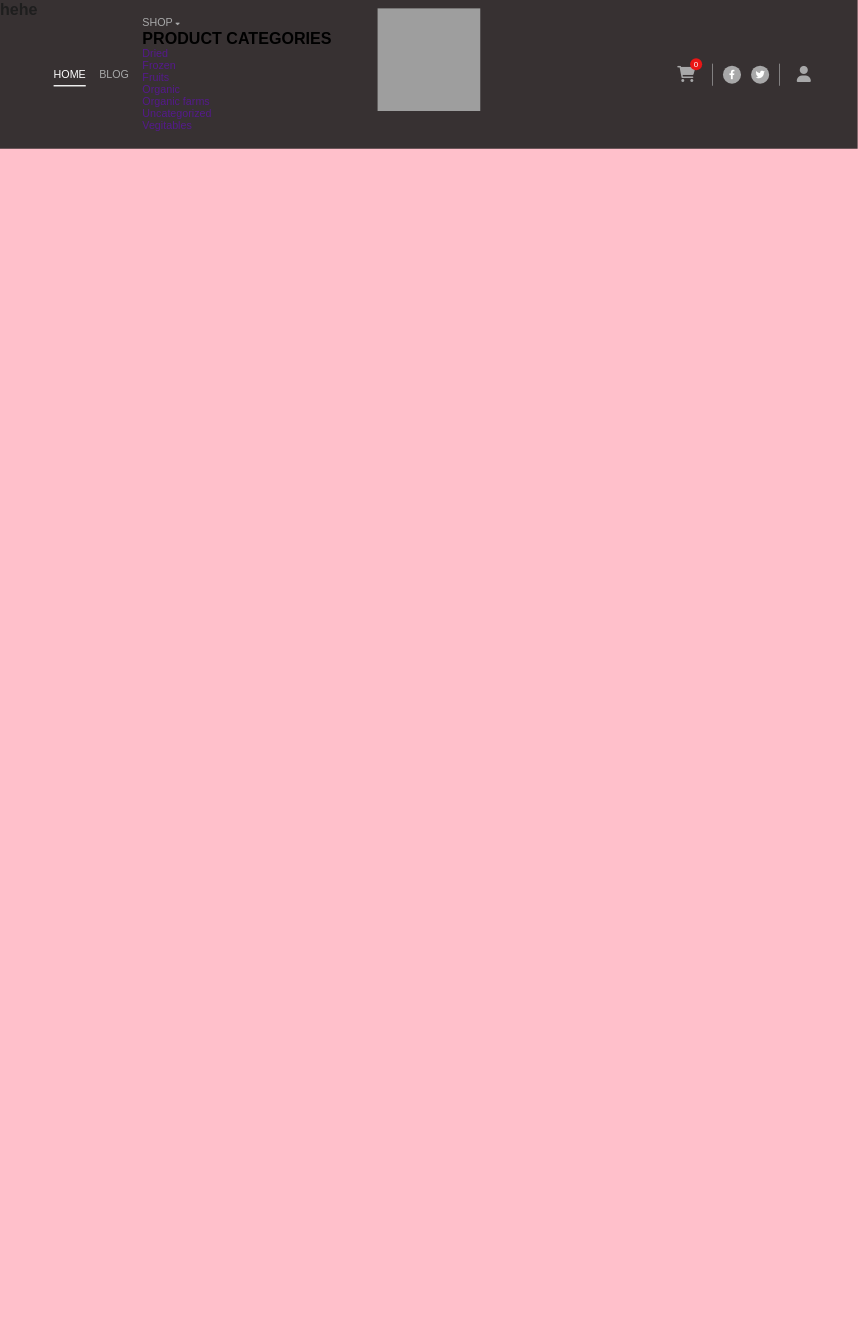
Repository: NguyenDucHung20002/header-and-scroll-top-project-cnpm
Page: blog.html
The author's editor kept a copy of each file at every save. The page is drawn from the files as they stood at one save, then again after the next save.
The browser window is 1280 px wide. The pictures show the whole page, at 67% of full size.
Pictures or frames that could not be fetched are drawn as grey boxes. The style sheet was rebuilt from its Sass, Less or Tailwind sources for each picture, by a compiler version that may differ from the author's.

Above is the page before, as saved 2022-09-15 10:50:05.

After the next save:
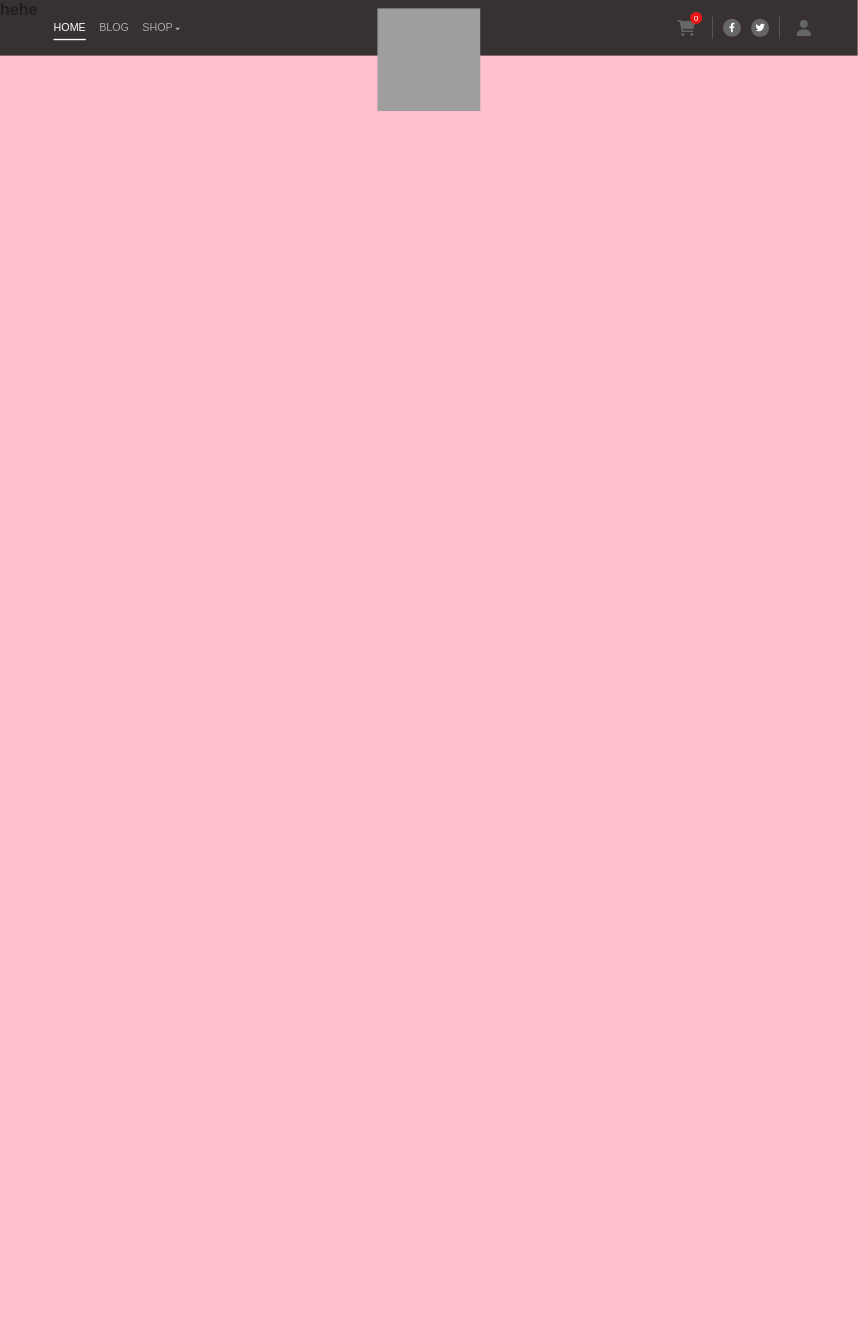
Saved 16 s later.
--- a/blog.scss
+++ b/blog.scss
@@ -73,6 +73,50 @@
                   visibility: visible;
                 }
               }
+              .shop-down {
+                background-color: #ffffff;
+                position: absolute;
+                top: calc(100% + 10px);
+                right: 0;
+                transform: translate(50px);
+                transition: 0.3s;
+                opacity: 0;
+                visibility: hidden;
+                border: 1px rgba(#666666, 0.2) solid;
+                max-width: 250px;
+                .product-categories {
+                  width: 100%;
+                  flex: 1;
+                  border-right: 1px rgba(#666666, 0.2) solid;
+                  h2 {
+                    width: 100%;
+                    font-size: 16px;
+                    font-weight: 700;
+                    padding: 30px 30px;
+                    white-space: nowrap;
+                    color: #666666;
+                    border-bottom: 1px #666666 solid;
+                  }
+                  ul {
+                    li {
+                      width: 100%;
+                      a {
+                        width: 100%;
+                        border-top: 1px rgba(#666666, 0.3) solid;
+                        display: inline-block;
+                        font-size: 14px;
+                        color: #666666;
+                        padding: 15px 20px;
+                        transition: 0.2s;
+                        &:hover {
+                          background-color: #3a3939;
+                          color: $headerTopUP;
+                        }
+                      }
+                    }
+                  }
+                }
+              }
             }
           }
         }
@@ -113,7 +157,7 @@
             position: relative;
             .cart-icon {
               font-size: 24px;
-              color: #a8a8a9;
+              color: #666666;
             }
             .quantity {
               color: #ffffff;
@@ -133,8 +177,8 @@
             font-size: 14px;
             padding: 3px 15px;
             margin: 0 25px;
-            border-left: 1px #a8a8a9 solid;
-            border-right: 1px #a8a8a9 solid;
+            border-left: 1px #666666 solid;
+            border-right: 1px #666666 solid;
             display: flex;
             justify-content: center;
             align-items: center;
@@ -142,7 +186,7 @@
               width: 27px;
               height: 27px;
               cursor: pointer;
-              background-color: #a8a8a9;
+              background-color: #666666;
               border-radius: 50%;
               text-align: center;
               i {
@@ -177,7 +221,7 @@
               font-size: 24px;
               line-height: 24px;
               cursor: pointer;
-              color: #a8a8a9;
+              color: #666666;
             }
           }
         }
